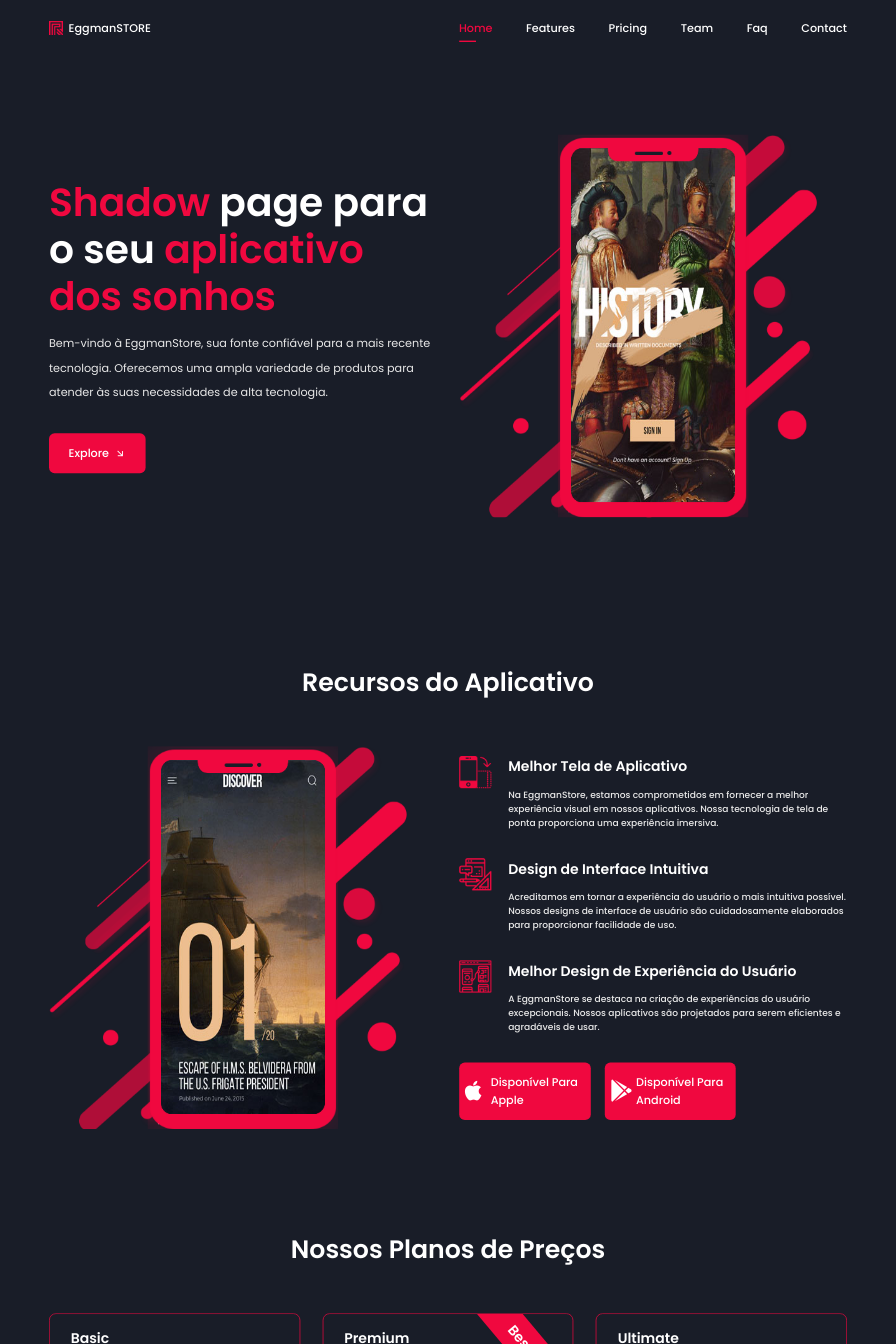
Repository: Matheus904-12/dowcode
Page: AmazingLandingPageApp-main/index.html
The author's editor kept a copy of each file at every save. The page is drawn from the files as they stood at one save, then again after a run of saves.
The browser window is 1280 px wide. The pictures show the part of the page from y = 0 to 1920 px (the page is 4871 px tall), at 70% of full size.

Above is the page before, as saved 2023-11-06 02:13:30.

After the next 2 saves:
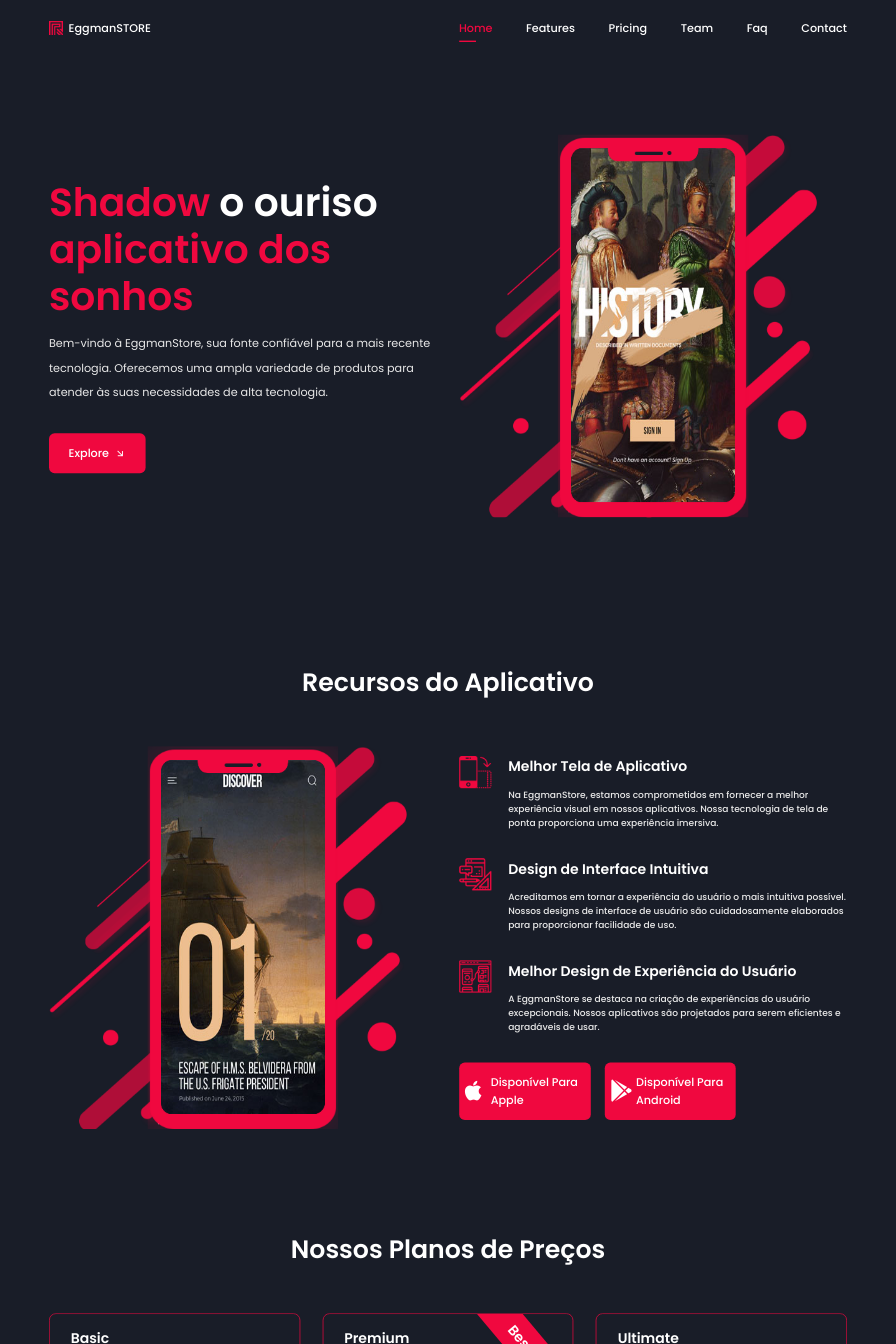
The 2 saves are shown as one change because they came seconds apart.
The last was saved 10 s later.
--- a/AmazingLandingPageApp-main/index.html
+++ b/AmazingLandingPageApp-main/index.html
@@ -74,7 +74,7 @@
   <div class="home__container container grid">
     <div class="home__data">
       <h1 class="home__title">
-        <span>Shadow</span> page para o seu <span>aplicativo dos sonhos</span>
+        <span>Shadow</span> o ouriso <span>aplicativo dos sonhos</span>
       </h1>
       <p class="home__description">
         Bem-vindo à EggmanStore, sua fonte confiável para a mais recente tecnologia. Oferecemos uma ampla variedade de produtos para atender às suas necessidades de alta tecnologia.
